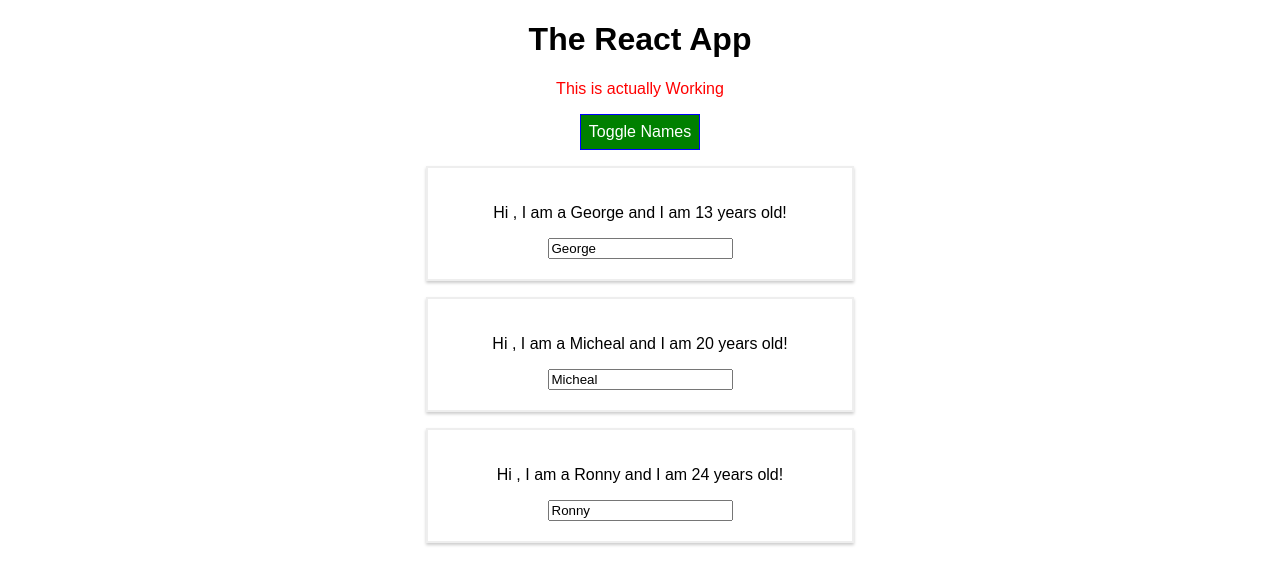
Repository: PiyushRajmsit/React-Basic-App
Page: /
The author's editor kept a copy of each file at every save. The page is drawn from the files as they stood at one save, then again after the next save.
The browser window is 1280 px wide. The pictures show the whole page.
The project was rebuilt for these pictures with package versions that can differ from the ones it lists, and the page was loaded fresh each time.

Above is the page before, as saved 2020-05-31 15:02:25.

### src/App.js
import React, { Component } from 'react';
import Person from './Person/Person.js';
import Radium from 'radium';
import './App.css';

class App extends Component {
  state = {
    person : [
      {id: 1,name: "George" , age : 13},
      {id: 2,name: "Micheal" , age : 20},
      {id: 3,name: "Ronny" , age : 24}
    ],
    otherState: 'Someother State',
    showPersonState : true
  };

  switchNameHandle = () =>{
    // console.log("This was clicked");
    this.setState({person : [
      {name: "George" , age : 13},
      {name: "Micheal" , age : 20},
      {name: "Emma" , age : 29}
    ]})

    console.log(this.state);
  }

  nameChangeHandler = (event,id) =>{
    // console.log(id);
    const personIndex = this.state.person.findIndex(person =>{
      return person.id === id;
    });
    const person = this.state.person.slice();
    // console.log(personIndex);
    // console.log(person);
    person[personIndex].name = event.target.value;
    this.setState({
      person : person
    });
  }

  togglePersonHandler = ()=>{
    console.log(this.state.showPersonState)
    let currState = this.state.showPersonState;
    this.setState(
      {showPersonState : !currState}
    );
    console.log(this.state.showPersonState);
  }

  deletePersonHandler = (index) => {
    console.log(index);
    // This would also work
    //const person = this.state.person.slice();
    const person = [...this.state.person];
    person.splice(index,1);
    this.setState({
      person : person
    });
  }

  render() {
    let person = null;
    let classes = [];
    if(this.state.person.length <= 3)
    {
      classes.push('red');
    }
    if(this.state.person.length <= 2){
      classes.push('bold');
    }
    if(this.state.showPersonState)
    {
      person = (
          <div>
            {this.state.person.map((person,index) =>{
                return <Person
                name={person.name}
                age={person.age}
                click={() => this.deletePersonHandler(index)}
                change={(event) => this.nameChangeHandler(event,person.id)}
                key={person.id}
                />
            }
            )}
          </div>
          );

    }
    return(
      <div className="App">
        <h1> The React App</h1>
        <p className={classes.join(' ')}> This is actually Working</p>
        <button className='Button' onClick={this.togglePersonHandler}> Toggle Names </button>
        {person}
      </div>
    );
      // return  React.createElement('div',{className:'App'},React.createElement('h1',null,'Is it Working?'));
  }
}

export default Radium(App);

### src/Person/Person.js
import React from 'react';
import './Person.css'
const person = (props) => {
  return (
          <div className="Person">
            <p onClick={props.click}>Hi , I am a {props.name} and I am {props.age} years old!</p>
            <p>{props.children}</p>
            <input type="text" onChange={props.change}  value={props.name}/>
          </div>
  );

};

export default person;

### src/App.css
.App {
  text-align: center;
}

.red{
  color: red;
}
.bold{
  font-weight: bold;
}

.Button{
  background-color: green;
  padding: 8px;
  border: 1px solid blue;
  cursor: pointer;
  color: white;
  font: inherit;
}
.Button:hover{
  background-color: lightgreen;
  color: black;
}


/*
.App-logo {
  animation: App-logo-spin infinite 20s linear;
  height: 80px;
}


.App-header {
  background-color: #222;
  height: 150px;
  padding: 20px;
  color: white;
}

.App-intro {
  font-size: large;
}

@keyframes App-logo-spin {
  from { transform: rotate(0deg); }
  to { transform: rotate(360deg); }
} */

### src/Person/Person.css
.Person{
  margin: 16px auto;
  border: 2px solid #eee;
  width: 30%;
  text-align: center;
  box-shadow: 0 2px 3px #ccc;
  padding: 20px;
}

Loaded but not shown: public/index.html (common file); src/index.js (common file); src/index.css (common file)

After the next save:
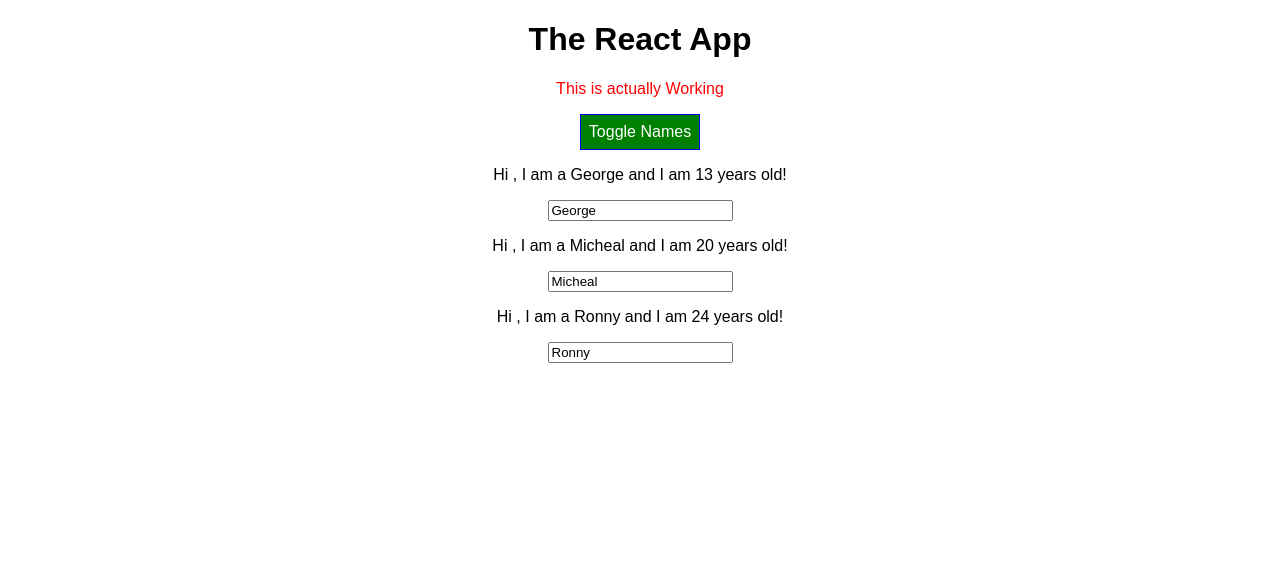
Saved 8 min 34 s later.
--- a/src/Person/Person.js
+++ b/src/Person/Person.js
@@ -1,8 +1,8 @@
 import React from 'react';
-import './Person.css'
+import styles from './Person.css'
 const person = (props) => {
   return (
-          <div className="Person">
+          <div className={styles.Person}>
             <p onClick={props.click}>Hi , I am a {props.name} and I am {props.age} years old!</p>
             <p>{props.children}</p>
             <input type="text" onChange={props.change}  value={props.name}/>
